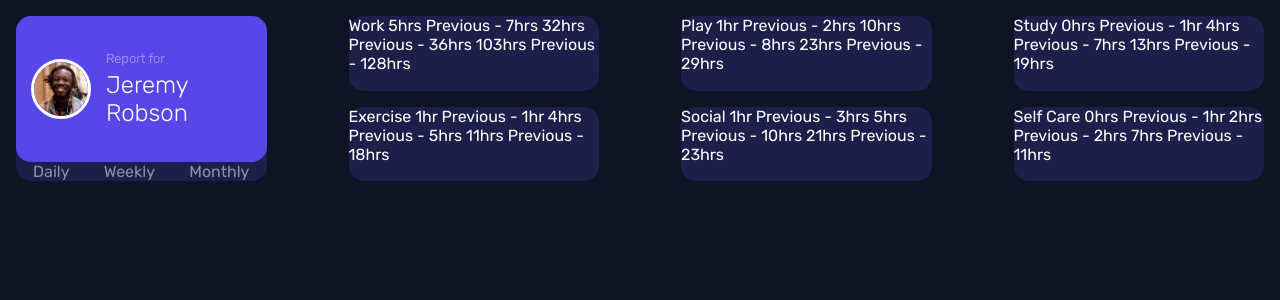
Repository: 3mr-5aled/time-tracking-dashboard-Junior
Page: index.html
An editor plug-in stored every save of this project. The page is shown before and after the next save, followed by the edit.
The browser window is 1280 px wide. The pictures show the whole page.

Above is the page before, as saved 2022-12-27 18:44:32.

### index.html
<!DOCTYPE html>
<html lang="en">
  <head>
    <meta charset="UTF-8" />
    <meta name="viewport" content="width=device-width, initial-scale=1.0" />
    <!-- displays site properly based on user's device -->

    <link
      rel="icon"
      type="image/png"
      sizes="32x32"
      href="./images/favicon-32x32.png"
    />
    <link rel="stylesheet" href="style.css" />

    <title>Frontend Mentor | Time tracking dashboard</title>

    <!-- Feel free to remove these styles or customise in your own stylesheet 👍 -->
    <style>
      .attribution {
        display: none;
        font-size: 11px;
        text-align: center;
      }
      .attribution a {
        color: hsl(228, 45%, 44%);
      }
    </style>
  </head>
  <body>
    <div class="main">
      <div class="user">
        <div class="userData">
          <img src="images/image-jeremy.png" alt="userFace" />
          <div class="userInfo">
            <p>Report for</p>
            <span>Jeremy Robson</span>
          </div>
        </div>
        <div class="filter">
          <button>Daily</button>
          <button>Weekly</button>
          <button>Monthly</button>
        </div>
      </div>
      <div class="work">
        Work 5hrs
        <!-- daily -->
        Previous - 7hrs
        <!-- daily -->
        32hrs
        <!-- weekly -->
        Previous - 36hrs
        <!-- weekly -->
        103hrs
        <!-- monthly -->
        Previous - 128hrs
        <!-- monthly -->
      </div>
      <div class="play">
        Play 1hr
        <!-- daily -->
        Previous - 2hrs
        <!-- daily -->
        10hrs
        <!-- weekly -->
        Previous - 8hrs
        <!-- weekly -->
        23hrs
        <!-- monthly -->
        Previous - 29hrs
        <!-- monthly -->
      </div>
      <div class="study">
        Study 0hrs
        <!-- daily -->
        Previous - 1hr
        <!-- daily -->
        4hrs
        <!-- weekly -->
        Previous - 7hrs
        <!-- weekly -->
        13hrs
        <!-- monthly -->
        Previous - 19hrs
        <!-- monthly -->
      </div>

      <div class="exercise">
        Exercise 1hr
        <!-- daily -->
        Previous - 1hr
        <!-- daily -->
        4hrs
        <!-- weekly -->
        Previous - 5hrs
        <!-- weekly -->
        11hrs
        <!-- monthly -->
        Previous - 18hrs
        <!-- monthly -->
      </div>

      <div class="social">
        Social 1hr
        <!-- daily -->
        Previous - 3hrs
        <!-- daily -->
        5hrs
        <!-- weekly -->
        Previous - 10hrs
        <!-- weekly -->
        21hrs
        <!-- monthly -->
        Previous - 23hrs
        <!-- monthly -->
      </div>
      <div class="selfCare">
        Self Care 0hrs
        <!-- daily -->
        Previous - 1hr
        <!-- daily -->
        2hrs
        <!-- weekly -->
        Previous - 2hrs
        <!-- weekly -->
        7hrs
        <!-- monthly -->
        Previous - 11hrs
        <!-- monthly -->
      </div>
    </div>
    <div class="attribution">
      Challenge by
      <a href="https://www.frontendmentor.io?ref=challenge" target="_blank"
        >Frontend Mentor</a
      >. Coded by <a href="#">3mr 5aled</a>.
    </div>
  </body>
</html>

### style.css
@import url("https://fonts.googleapis.com/css2?family=Rubik:wght@200;300;400;500&display=swap");

* {
  box-sizing: border-box;
  padding: 0;
  margin: 0;
  font-family: "Rubik", sans-serif;
}

:root {
  /* Primary colors */
  --blue: hsl(246, 80%, 60%);
  --light-red: hsl(15, 100%, 70%); /*(work)*/
  --soft-blue: hsl(195, 74%, 62%); /*(play)*/
  --light-red: hsl(348, 100%, 68%); /*(study)*/
  --lime-green: hsl(145, 58%, 55%); /*(exercise)*/
  --violet: hsl(264, 64%, 52%); /*(social)*/
  --soft-orange: hsl(43, 84%, 65%); /*(self care)*/

  /* Neutral colors */
  --very-dark-blue: hsl(226, 43%, 10%);
  --dark-blue: hsl(235, 46%, 20%);
  --light-purple: #5746ea;
  --desaturated-blue: hsl(235, 45%, 61%);
  --pale-blue: hsl(236, 100%, 87%);

  /* card font size */
  --fs-card: 18px;

  /* media quires */
  --mobile-view: 375px;
  --desktop-view: 1440px;
}

body {
  background-color: var(--very-dark-blue);
  color: white;
}

.main {
  display: grid;
  grid-template-columns: repeat(4, 1fr);
  grid-template-rows: repeat(2, 1fr);
  grid-template-areas:
    "user work play study"
    "user exercise social selfCare";
  grid-column-gap: 50px;
  /* grid-row-gap: 50px; */
}

.user,
.work,
.play,
.study,
.exercise,
.social,
.selfCare {
  background: var(--dark-blue);
  border-radius: 15px;
  /* padding: 1rem; */
  margin-top: 1rem;
  margin-right: 1rem;
  margin-left: 1rem;
}
/* start user section */
.user {
  grid-area: user;
}
.userData {
  display: flex;
  flex-direction: row;
  align-items: center;
  justify-content: center;
  background: var(--light-purple);
  border-radius: 15px;
  padding: 15px;
}
img {
  border: 3px solid white;
  border-radius: 50%;
  height: 60px;
  width: 60px;
}
.userInfo {
  margin: 20px 0;
  margin-left: 15px;
}
.userInfo p {
  font-weight: 300;
  color: rgba(255, 255, 255, 0.5);
  padding-bottom: 5px;
  font-size: small;
}
.userInfo span {
  font-weight: 200;
  font-size: x-large;
}

.filter {
  /* margin: 1rem 25px; */
  display: flex;
  align-items: center;
  justify-content: space-around;
  flex-direction: row;
}
.filter > button:nth-child(2) {
  align-self: center;
}

.filter button {
  background: transparent;
  border: none;
  font-size: medium;
  color: rgba(255, 255, 255, 0.5);
}
.filter button:hover {
  color: white;
}
/* end user section */

.work {
  grid-area: work;
}
.play {
  grid-area: play;
}
.study {
  grid-area: study;
}
.exercise {
  grid-area: exercise;
}
.social {
  grid-area: social;
}
.selfCare {
  grid-area: selfCare;
}

@media screen and (max-width: 375px) {
  .main {
    grid-template-columns: 1fr;
    grid-template-rows: repeat(7, 1fr);
    grid-template-areas:
      "user"
      "work"
      "play"
      "study"
      "exercise"
      "social"
      "selfCare";
  }
}

After the next save:
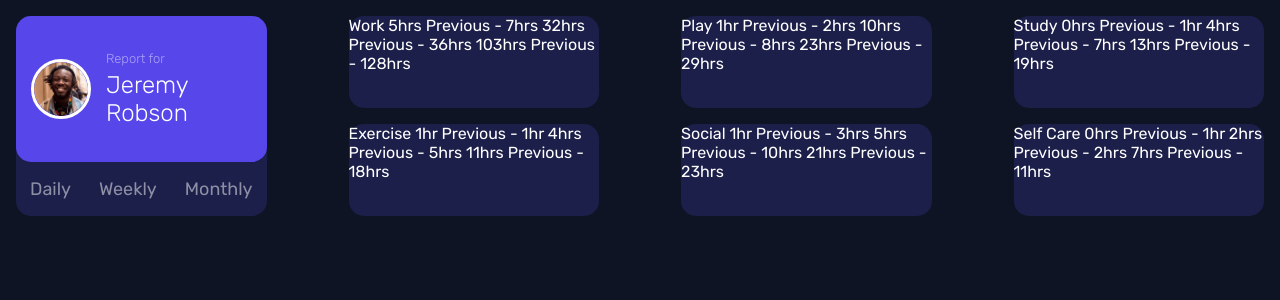
Saved 5 min 34 s later.
--- a/style.css
+++ b/style.css
@@ -97,20 +97,17 @@ img {
 }
 
 .filter {
-  /* margin: 1rem 25px; */
+  margin: 1rem 0;
   display: flex;
   align-items: center;
   justify-content: space-around;
   flex-direction: row;
 }
-.filter > button:nth-child(2) {
-  align-self: center;
-}
 
 .filter button {
   background: transparent;
   border: none;
-  font-size: medium;
+  font-size: large;
   color: rgba(255, 255, 255, 0.5);
 }
 .filter button:hover {
